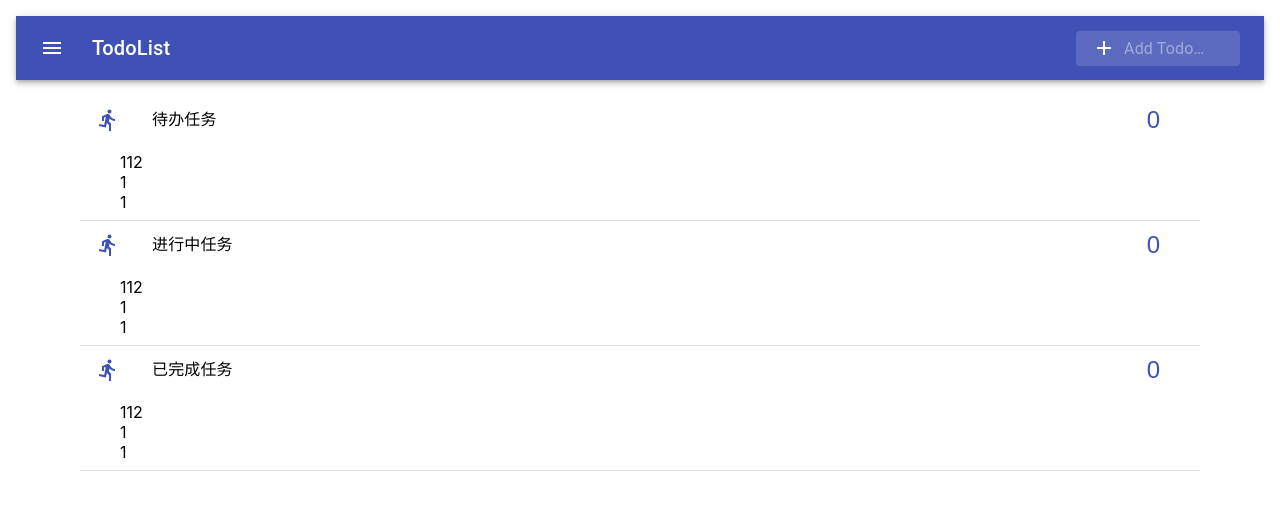
Repository: harperl71/TodoList
Page: /
An editor plug-in stored every save of this project. The page is shown before and after the next save, followed by the edit.
The browser window is 1280 px wide. The pictures show the whole page.
The project was rebuilt for these pictures with package versions that can differ from the ones it lists, and the page was loaded fresh each time. Also part of the build but not shown: src/components/content/task-item/index.tsx.

Above is the page before, as saved 2021-05-21 10:26:14.

After the next save:
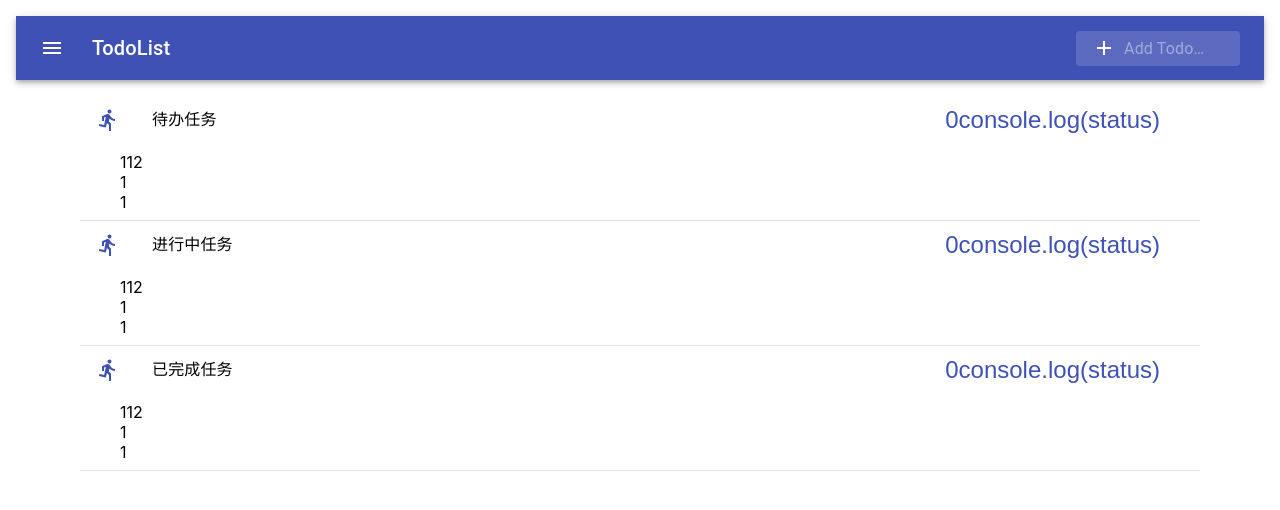
Saved 69 s later.
--- a/src/components/content/task-list/index.tsx
+++ b/src/components/content/task-list/index.tsx
@@ -72,6 +72,7 @@
                 return item.status === status;
               }).length
             }
+            console.log(status)
           </IconButton>
         </ListItem>
         <List className={title}>

After the save that followed:
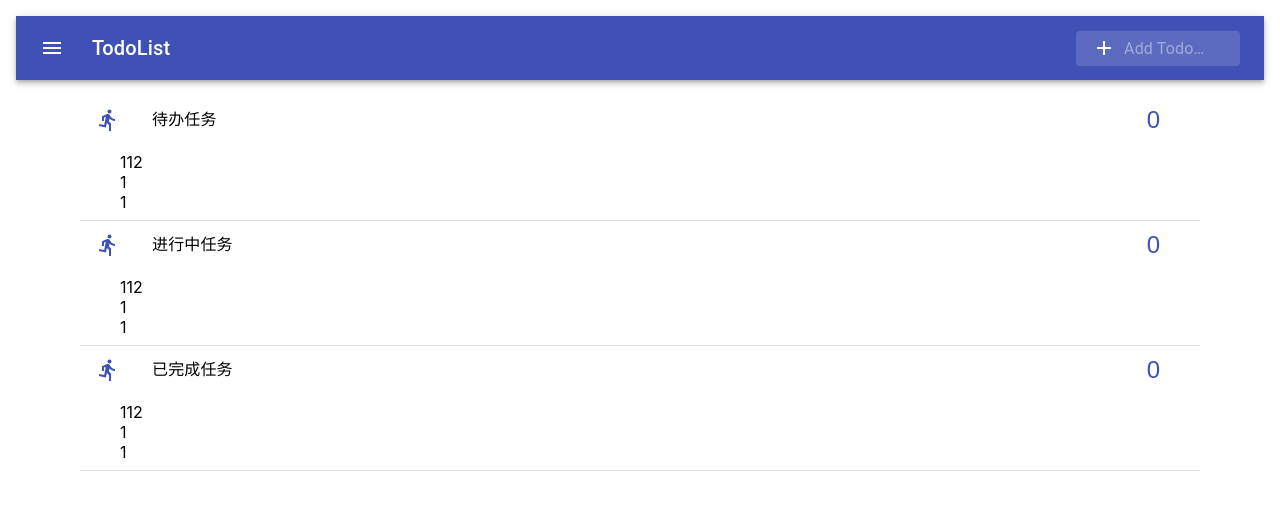
Saved 8 s later.
--- a/src/components/content/task-list/index.tsx
+++ b/src/components/content/task-list/index.tsx
@@ -72,7 +72,6 @@
                 return item.status === status;
               }).length
             }
-            console.log(status)
           </IconButton>
         </ListItem>
         <List className={title}>
